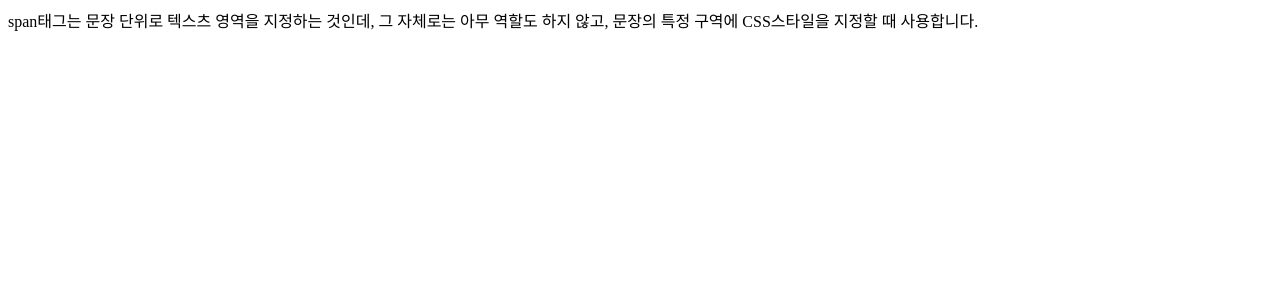
Repository: Gmajorlist/HTML
Page: html/src/main/webapp/exam01/exam01.html
The author's editor kept a copy of each file at every save. The page is drawn from the files as they stood at one save, then again after the next save.
The browser window is 1280 px wide. The pictures show the whole page.

Above is the page before, as saved 2023-03-09 00:56:14.

After the next save:
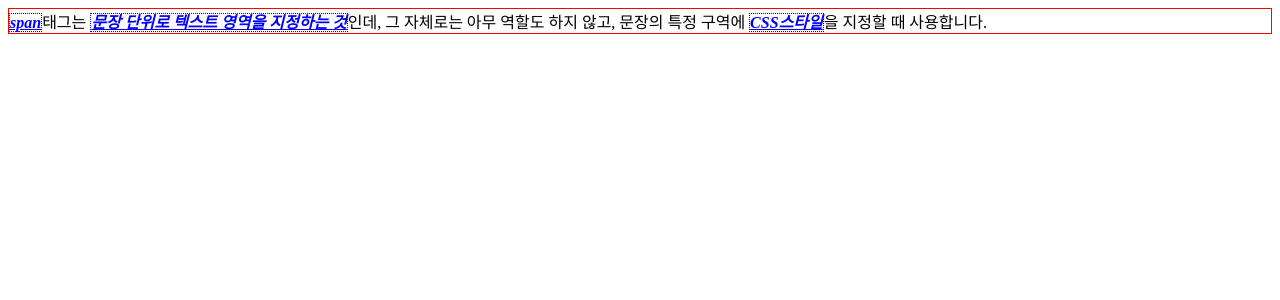
Saved 3 min 34 s later.
--- a/html/src/main/webapp/exam01/exam01.html
+++ b/html/src/main/webapp/exam01/exam01.html
@@ -3,11 +3,23 @@
 <head>
 <meta charset="UTF-8">
 <title>Insert title here</title>
+<style type="text/css">
+div{
+   border:1px solid red;
+}
+span{
+   border:1px dotted blue;
+   font-weight:bold;
+   color:#0000ff;
+   font-style:italic;
+   text-decoration:underline;
+}
+</style>
 </head>
 <body>
-<div>
-	<span>span</span>태그는
-	<span>문장 단위로 텍스츠 영역을 지정하는 것</span>인데,
+<div> <!--한줄영역을 정해줌 width 넓이 height 높이  -->
+	<span>span</span>태그는 <!-- 넓이 높이가 지정안돼  -->
+	<span>문장 단위로 텍스트 영역을 지정하는 것</span>인데,
 	그 자체로는 아무 역할도 하지 않고,
 	문장의 특정 구역에 <span>CSS스타일</span>을 지정할 때 사용합니다.
 </div>
